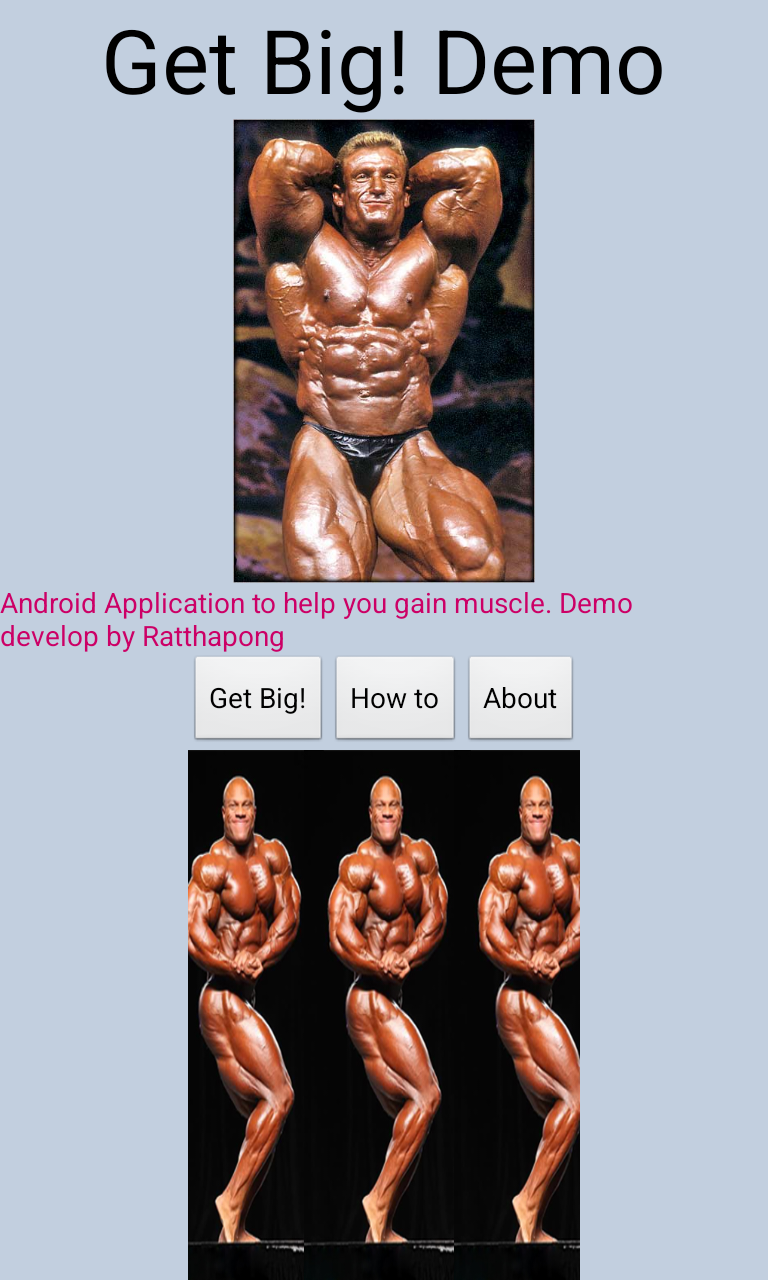
Repository: parinya1968/My-project
Layout: DroidWork/getBig/res/layout/main.xml
An editor plug-in stored every save of this project. The layout is shown before and after the next save, followed by the edit.
It is drawn on a 768 x 1280 px phone screen (xhdpi) without system bars, with theme android:Theme.NoTitleBar.Fullscreen; the app's code is not run.

Above is the layout before, as saved 2012-06-20 06:04:15.

After the next save:
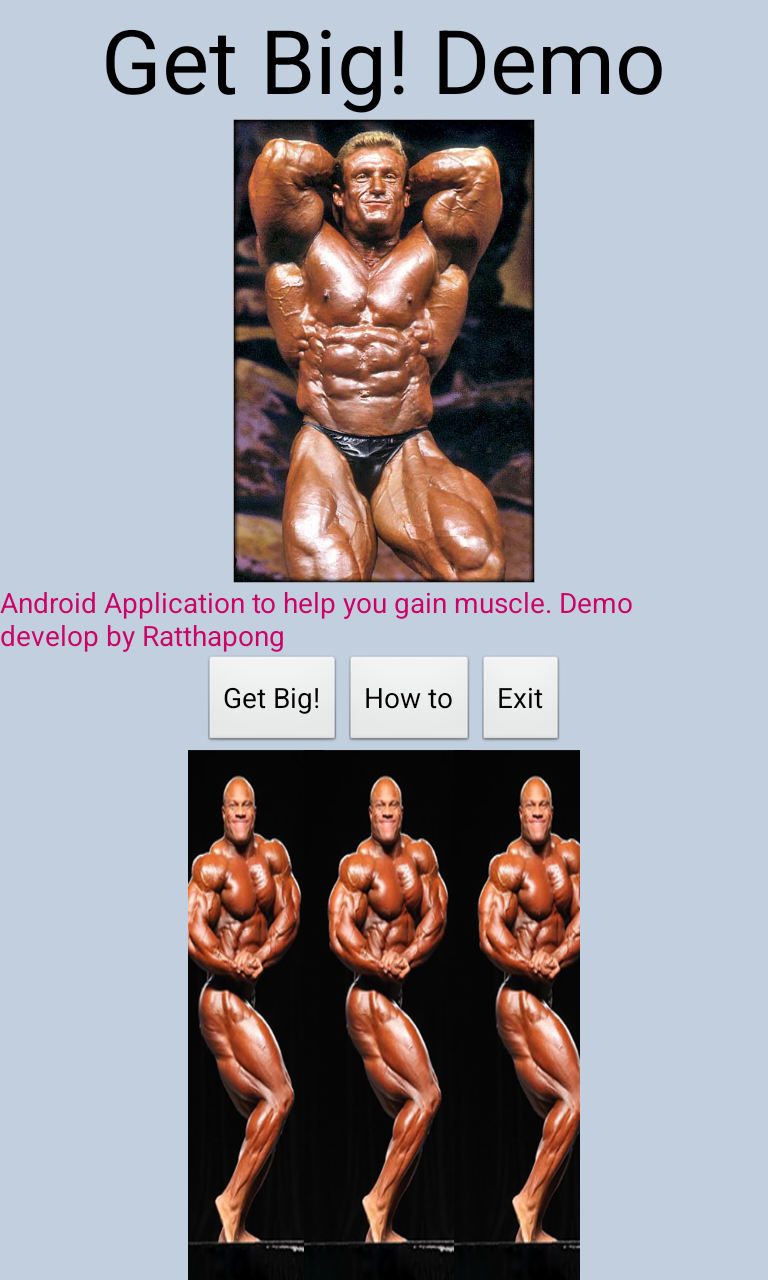
Saved 37 s later.
--- a/DroidWork/getBig/res/layout/main.xml
+++ b/DroidWork/getBig/res/layout/main.xml
@@ -53,7 +53,7 @@
             android:id="@+id/about"
             android:layout_width="wrap_content"
             android:layout_height="wrap_content"
-            android:text="About" />
+            android:text="Exit" />
     </LinearLayout>
 
 
